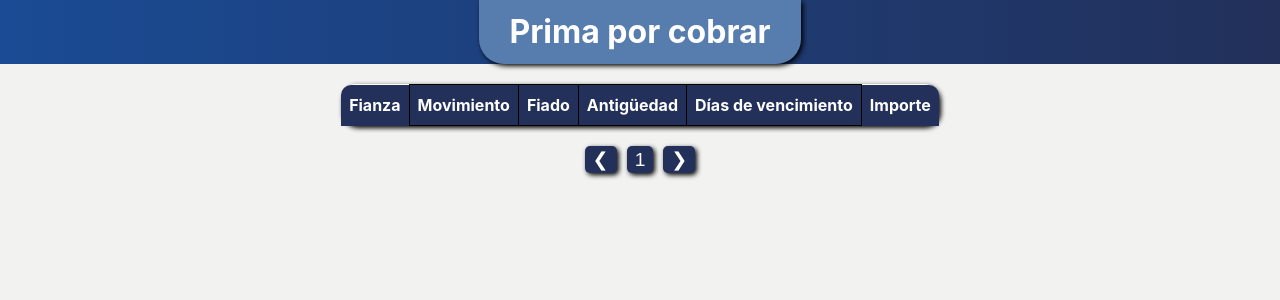
Repository: PCGP22/prueba-t-cnica-liberty-finanzas
Page: / (app in Prueba técnica full-stack/client/)
An editor plug-in stored every save of this project. The page is shown before and after the next save, followed by the edit.
The browser window is 1280 px wide. The pictures show the whole page.
The page's requests for data from a server got no answer. The project was rebuilt for these pictures with package versions that can differ from the ones it lists, and the page was loaded fresh each time. No one was signed in, and anything a server would have sent is missing. Also part of the build but not shown: Prueba técnica full-stack/client/vite.config.js, Prueba técnica full-stack/client/src/components/Card.jsx, Prueba técnica full-stack/client/src/components/CardsContainer.jsx, Prueba técnica full-stack/client/src/components/Filters.jsx.

Above is the page before, as saved 2023-11-14 08:35:57.

### Prueba técnica full-stack/client/src/App.jsx
import { dataContext } from "./context/dataContext";
import Table from "./components/Table";
import { useEffect, useReducer } from "react";
import Pagination from "./components/pagination";
import reducer from "./hooks/Reducer";
import Header from "./components/Header";

function App() {
  let url = "http://localhost:5000/primas";
  const initialState = {
    backupData: {},
    data: {},
    dataToShow: {},
    currentPage: 1,
    maxPages: 1,
    contentPerPage: 8,
  };

  const [state, dispatch] = useReducer(reducer, initialState);
  useEffect(() => {
    fetch(url)
      .then((res) => res.json())
      .then((data) => dispatch({ type: "initialize", payload: data.primas }));
  }, [url]);

  return (
    <dataContext.Provider value={[state, dispatch]}>
      <Header />
      <Table />
      <Pagination />
    </dataContext.Provider>
  );
}

export default App;

### Prueba técnica full-stack/client/src/index.css
:root {
  font-family: Inter, system-ui, Avenir, Helvetica, Arial, sans-serif;
  line-height: 1.5;
  font-weight: 400;
  --background-color: #f2f2f1;
  --darkest-blue: #22305a;
  --blue: #1a4b94;
  --light-blue: #577dae;
  --lightest-blue: #9fbde4;
  --status-red: #de7878;
  --status-yellow: #f6c476;
  --status-green: #8fc475;
  --icon-red: #b93d3d;
  --icon-green: #6cb85d;
  --text-blue: #3a689d;
  --text-red:  #af2e2c;
  --box-shadow: black 2px 2px 5px;
}
body, h1{
  margin: 0;
  padding: 0;
}
body{
  background-color:var(--background-color);
}
header{
  display: flex;
  flex-direction: column;
  align-items: center;
}
h1{
  display: inline-block;
  padding: 8px 30px;
  border-radius: 0 0 25px 25px;
  background-color: var(--light-blue);
  color:white;
  text-align: center;
  box-shadow: var(--box-shadow);
}

header{
  background-image: linear-gradient(to right,var(--blue), var(--darkest-blue));
  width: 100%;
}

.filters{
  margin-top: 40px;
  display: flex;
  gap: 40px;
  align-self: flex-start;
  padding-left: 5%;
}
.filters select{
  height: 40px;
  font-size: larger;
  border-radius: 5px;
  border: black 2px solid;
}

.cards{
  padding: 2% 5%;
  box-sizing: border-box;
  display: flex;
  justify-content: space-between;
  width: 100%;
}

.cards figure{
  background-color: var(--background-color);
  min-width: 250px;
  padding: 0.5% 2%;
  border-radius: 10px;
  box-shadow: var(--box-shadow);
}

.cards figure h3{
  margin: 0;
}

.cards figure > p{
  font-size: 1.8em;
  text-align: center;
}

.cards div{
  display: inline-flex;
  flex-wrap: wrap;
  max-width: 40%;
  align-items: center;
  justify-content: center;
  gap:20px;
}

.cards div p {
  margin: 0;
}

.cards div p:first-of-type {
  font-size: 1.5em;
}

.cards div p:last-of-type{
  font-size: 1.2em;
  margin: 0;
}

.icon{
  background-image: linear-gradient(to right,var(--blue), var(--darkest-blue));
  font-size: 1.5em;
  padding: 4px;
  border-radius: 50%;
}
.positive{
  color:var(--text-blue);
  margin-right: 20px;
}
.negative{
  color:var(--text-red);
  margin-left:20px;
}
.cross{
  color: var(--icon-red)
}
.check{
  color: var(--icon-green)
}

table{
  margin: auto;
  margin-top: 20px;
  background-color:white;
  border-radius:15px;
  box-shadow: var(--box-shadow);
  padding: 0;
}
table tr:first-child{
  background-color:var(--darkest-blue);
  color:white;
}

table tr th:first-child{
  border-radius:10px 0 0 0;
}


table tr th:last-child{
  border-radius: 0 10px  0 0;
}
table tr th{
  padding: 8px;
}

table, td, th{
  padding: 2px 8px;
  border-spacing: 0;
  border-collapse: collapse;

}

td, th{
  border: black solid 1px;
}

table tr th:first-child,
table tr th:last-child,
table tr:last-child td:first-child,
table tr:last-child td:last-child{
  border:transparent;
}

table tr:nth-child(2n){
  background-color:var(--lightest-blue)
}
table tr:hover{
  text-decoration: underline;
}

table tr:nth-child(2n):hover{
  filter:brightness(110%)
}
table tr:nth-child(2n-1):hover{
  background-color: var(--background-color);
}

table tr:first-child:hover{
  background-color:var(--darkest-blue);
  text-decoration: none;
}

.green{
  background-color:var(--status-green);
}
.yellow{
  background-color:var(--status-yellow);
}
.red{
  background-color:var(--status-red);
}

.pagination{
  margin: auto;
  display: flex;
  margin-top: 20px;
  margin-bottom: 20px;
  justify-content: center;
  align-items:stretch;
  gap:10px;
}

.pagination button{
  font-size: 1.2em;
  background-color:var(--darkest-blue);
  color:white;
  box-shadow: var(--box-shadow);
  border:transparent;
  border-radius:5px;
  padding: 2px 8px;
}

### Prueba técnica full-stack/client/src/context/dataContext.js
import { createContext } from "react";

export const dataContext = createContext();

### Prueba técnica full-stack/client/src/components/Table.jsx
import { calculateAntiquityInDays } from "../utils/utils";
import { useContext } from "react";
import { dataContext } from "../context/dataContext";

function Table() {
  const [state, dispatch] = useContext(dataContext);

  return (
    <table>
      <tbody>
        <tr>
          <th>Fianza</th>
          <th>Movimiento</th>
          <th>Fiado</th>
          <th>Antigüedad</th>
          <th>Días de vencimiento</th>
          <th>Importe</th>
        </tr>
        {state.dataToShow.length > 0 &&
          state.dataToShow.map((t) => {
            let antiquity = calculateAntiquityInDays(
              t.datos["fecha de emisión"]
            );
            let daysSinceStale = calculateAntiquityInDays(
              t.datos["fecha de vencimiento"]
            );
            if (daysSinceStale < 0) daysSinceStale = 0;
            return (
              <tr key={t.datos.código_de_fianza}>
                <td>{t.datos.código_de_fianza}</td>
                <td>{t.datos.tipo_de_movimiento}</td>
                <td>{t.datos.fiado}</td>
                <td
                  className={`green ${daysSinceStale > 30 && "yellow"} ${
                    daysSinceStale > 60 && "red"
                  }`}>
                  {antiquity}
                </td>
                <td
                  className={`green ${daysSinceStale > 30 && "yellow"} ${
                    daysSinceStale > 60 && "red"
                  }`}>
                  {daysSinceStale}
                </td>
                <td>${t.datos.importe.toLocaleString()}</td>
              </tr>
            );
          })}
      </tbody>
    </table>
  );
}

export default Table;

### Prueba técnica full-stack/client/src/components/pagination.jsx
import { useContext } from "react";
import { dataContext } from "../context/dataContext";

function Pagination() {
  const [state, dispatch] = useContext(dataContext);

  //   return <button onClick={() => dispatch({ type: "change" })}>Cambiar</button>;
  //   const { state.maxPages, state.currentPage, setstate.CurrentPage, setNextPage, setPrevPage } =
  // useContext(dataContext);
  //This pagination is somewhat complex because I've used it before in bigger proyects.
  //First, it initializes the pagination buttons to the first 6 numbers except for the number 1
  //The reason it doesn't includes the first page is because the first and last page buttons are always shown
  let pagesButtons = [2, 3, 4, 5, 6];
  //while the current page stays on the first three pages, show all first 6
  //The reason for the if, it's that I want the first 6 buttons to be shown when returning from the latest pages
  if (
    state.currentPage === 1 ||
    state.currentPage === 2 ||
    state.currentPage === 3
  ) {
    pagesButtons = [2, 3, 4, 5, 6];
  }
  //As soon as we change to page 4 or more, let's follow the current page and
  //add two buttons to the left and two to the right
  if (state.currentPage >= 4) {
    pagesButtons = [
      state.currentPage - 2,
      state.currentPage - 1,
      state.currentPage,
      state.currentPage + 1,
      state.currentPage + 2,
    ];
  }
  //When approaching to the right end of the pagination, show the last 5 pages
  if (
    state.currentPage === state.maxPages - 1 ||
    state.currentPage === state.maxPages - 2 ||
    state.currentPage === state.maxPages
  ) {
    //The reason it doesn't includes the last page is because the first and last page buttons are always shown
    pagesButtons = [
      state.maxPages - 5,
      state.maxPages - 4,
      state.maxPages - 3,
      state.maxPages - 2,
      state.maxPages - 1,
    ];
  }
  return (
    <section className="pagination">
      <button
        //About the class: When in first or last page the navigation chevrons will have a special class
        //The same happens when the button is the current page
        className={`${state.currentPage === 1 && "disabled"}`}
        onClick={() => dispatch({ type: "prevPage" })}>
        ❮
      </button>
      {/* First button, always shown */}
      <button
        className={`${state.currentPage === 1 && "disabled"}`}
        onClick={() => dispatch({ type: "setPage", payload: 1 })}>
        1
      </button>
      {/* Adds three dots in case the current page is bigger than 4*/}
      {state.currentPage > 4 && <p>•••</p>}
      {/* Map through all pages defined in the first part*/}
      {pagesButtons.map((p) => {
        if (p > 1 && p < state.maxPages)
          return (
            <button
              className={`${state.currentPage === p && "disabled"}`}
              key={p}
              onClick={() => dispatch({ type: "setPage", payload: p })}>
              {p}
            </button>
          );
      })}
      {/* Adds three dots in case the current page is getting closer to the right end*/}
      {state.currentPage < state.maxPages - 3 && <p>•••</p>}
      {/* If there's more than 1 page, show always the last page*/}
      {state.maxPages > 1 && (
        <button
          className={`${state.currentPage === state.maxPages && "disabled"}`}
          onClick={() =>
            dispatch({ type: "setPage", payload: state.maxPages })
          }>
          {state.maxPages}
        </button>
      )}
      <button
        className={`${state.currentPage === state.maxPages && "disabled"}`}
        onClick={() => dispatch({ type: "nextPage" })}>
        ❯
      </button>
    </section>
  );
}

export default Pagination;

### Prueba técnica full-stack/client/src/hooks/Reducer.js
function reducer(state, action) {
  function divideData(data, currentPage, state) {
    let dividedData = data.slice(
      (currentPage - 1) * state.contentPerPage,
      currentPage * state.contentPerPage
    );
    return dividedData;
  }
  function calculateMaxPages(data, state) {
    let maxPages = Math.ceil(data.length / state.contentPerPage);
    return maxPages;
  }
  const { type, payload } = action;
  switch (type) {
    case "initialize":
      return {
        ...state,
        backupData: payload,
        data: payload,
        dataToShow: divideData(payload, 1, state),
        maxPages: calculateMaxPages(payload, state),
      };
    case "prevPage":
      if (state.currentPage > 1) {
        return {
          ...state,
          currentPage: state.currentPage - 1,
          dataToShow: divideData(state.data, state.currentPage - 1, state),
        };
      } else return state;
    case "nextPage":
      if (state.currentPage < state.maxPages) {
        return {
          ...state,
          currentPage: state.currentPage + 1,
          dataToShow: divideData(state.data, state.currentPage + 1, state),
        };
      } else return state;
    case "setPage":
      return {
        ...state,
        currentPage: payload,
        dataToShow: divideData(state.data, payload, state),
      };
    case "filter":
      if (payload.filter === "") {
        return { ...state, dataToShow: state.backupData };
      } else
        return {
          ...state,
          dataToShow: state.backupData.filter(
            (d) => d[payload.type] === payload.filter
          ),
        };
    default:
      return state;
  }
}

export default reducer;

### Prueba técnica full-stack/client/src/components/Header.jsx
import CardsContainer from "./CardsContainer";
import Filters from "./Filters";

function Header() {
  return (
    <header>
      <h1>Prima por cobrar</h1>
      <Filters />
      <CardsContainer />
    </header>
  );
}

export default Header;

### Prueba técnica full-stack/client/src/utils/utils.js
//This function calculates how many days have passed since a date
export function calculateAntiquityInDays(date) {
  let parsedDate = parseDate(date);
  const CONSTANT_Ms_TO_DAYS = 86400000;
  let today = new Date();
  let comparisonDate = new Date(parsedDate);
  return Math.trunc((today - comparisonDate) / CONSTANT_Ms_TO_DAYS) - 1;
}

//transforms the date DD/MM/YYYY to an acceptable MM/DD/YYYY
function parseDate(date) {
  let stringToArray = date.split("/");
  let temp = stringToArray[0];
  stringToArray[0] = stringToArray[1];
  stringToArray[1] = temp;
  return stringToArray.join("/");
}

Loaded but not shown: Prueba técnica full-stack/client/index.html (common file); Prueba técnica full-stack/client/src/main.jsx (common file)

After the next save:
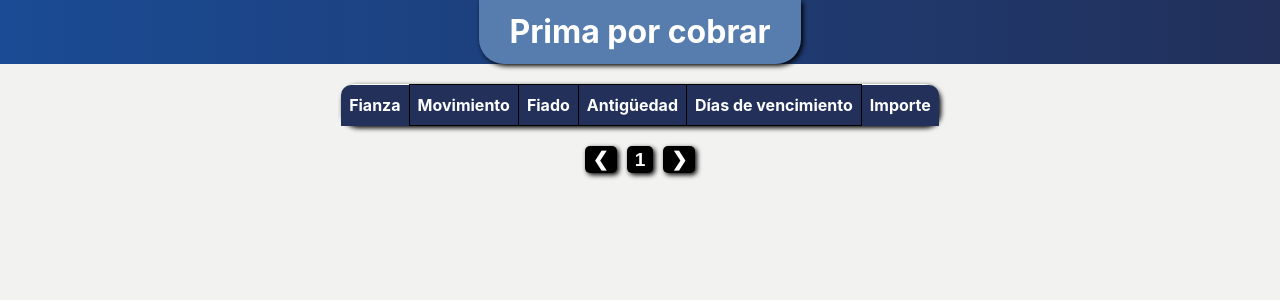
Saved 29 s later.
--- a/Prueba técnica full-stack/client/src/index.css
+++ b/Prueba técnica full-stack/client/src/index.css
@@ -216,3 +216,9 @@ table tr:first-child:hover{
   border-radius:5px;
   padding: 2px 8px;
 }
+
+.pagination .disabled{
+  background-color: black;
+  font-weight: bold;
+
+}
